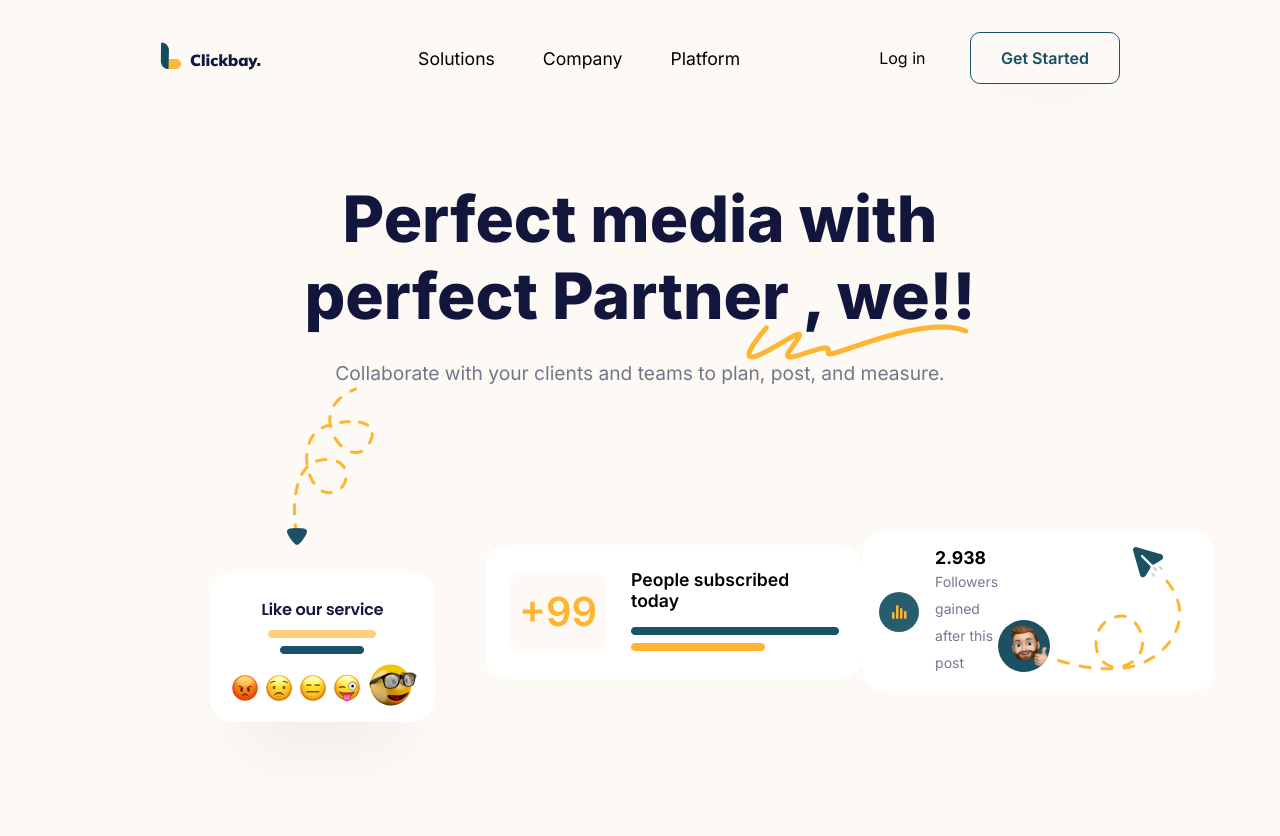
Repository: badhon252/Clickbay
Page: index.html
An editor plug-in stored every save of this project. The page is shown before and after the next save, followed by the edit.
The browser window is 1280 px wide. The pictures show the whole page.
The style sheet was rebuilt from its Sass, Less or Tailwind sources for each picture, by a compiler version that may differ from the author's.

Above is the page before, as saved 2022-09-04 03:56:14.

After the next save:
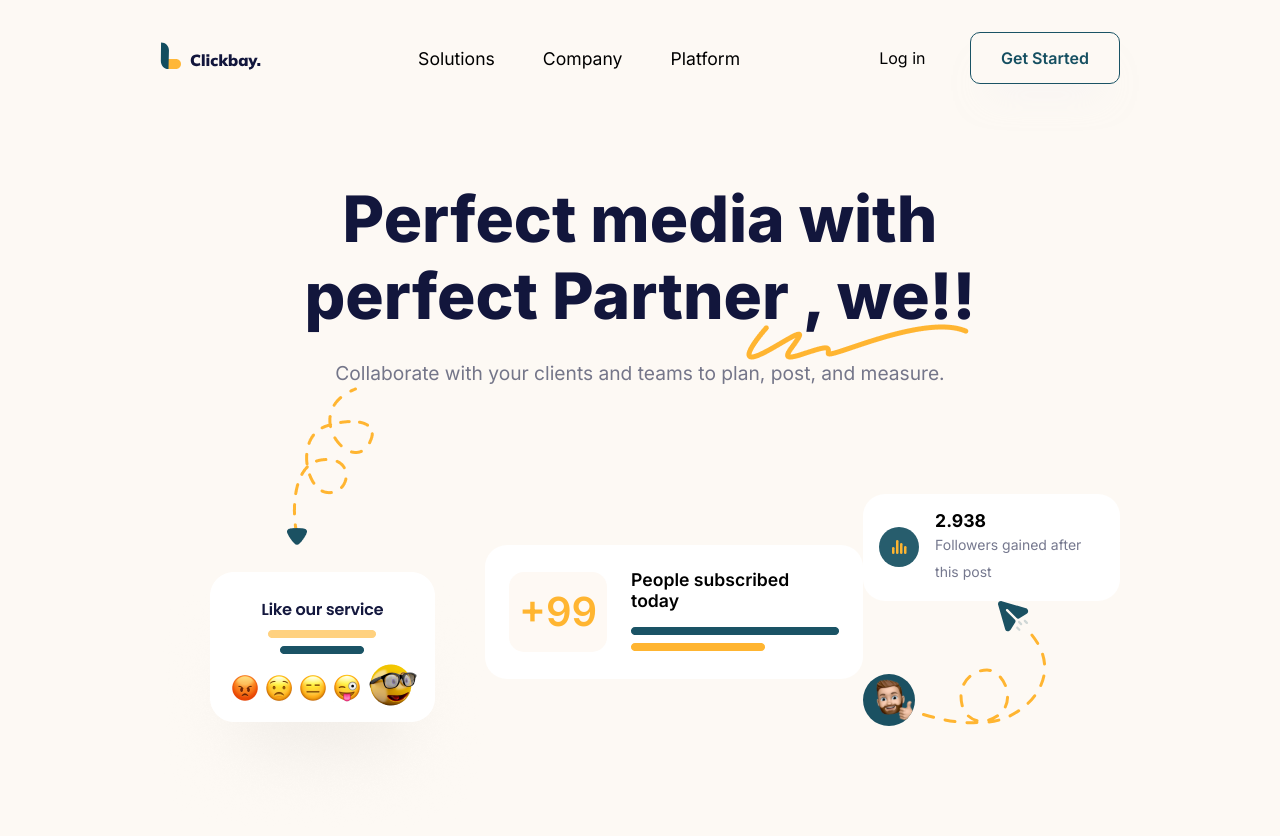
Saved 9 s later.
--- a/index.html
+++ b/index.html
@@ -58,9 +58,9 @@
                                     <h3>2.938</h3>
                                     <p>Followers gained after this post</p>
                                 </div>
-                                <div class="following">
-                                    <img src="./images/Group 1041.svg" alt="">
-                                </div>
+                            </div>
+                            <div class="following">
+                                <img src="./images/Group 1041.svg" alt="">
                             </div>
                         </div>
                     </div>
